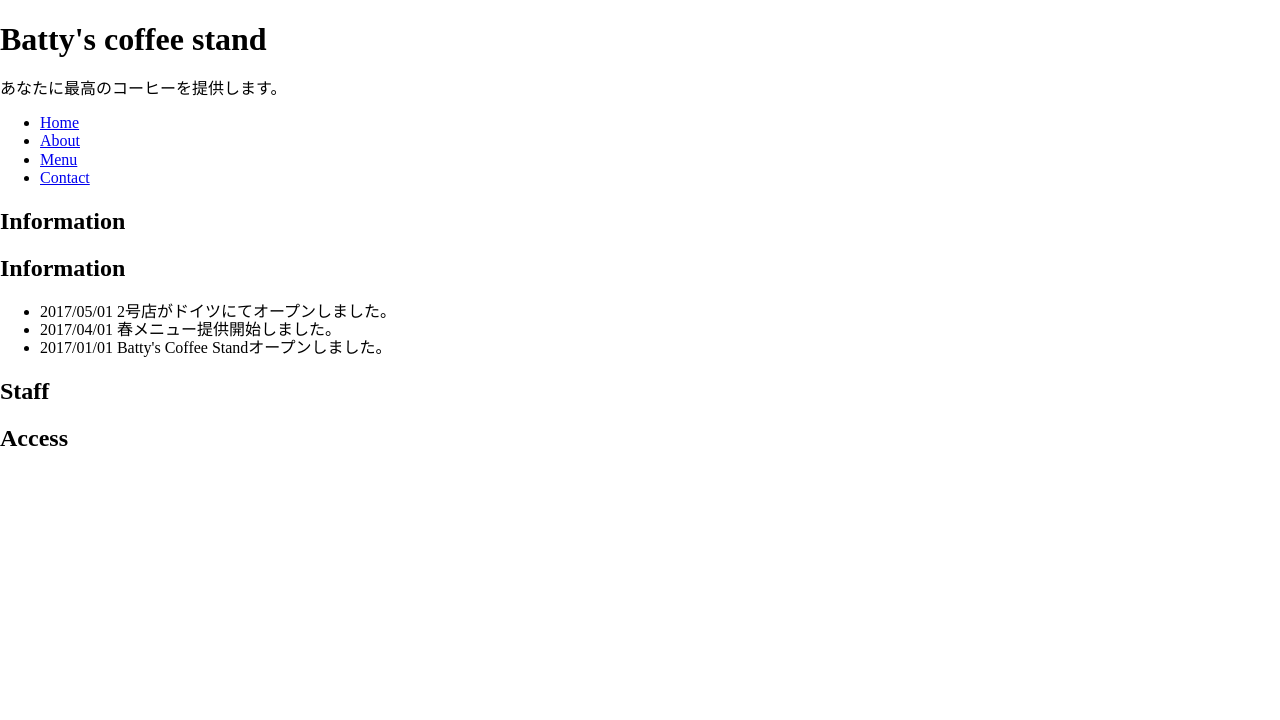
Repository: MUTAERIKO/DEVELOP
Page: html/batty_coffee_stand/index.html
The author's editor kept a record of every edit. The page is drawn from the files as they stood at one moment, then again after the next edit.
The browser window is 1280 px wide. The pictures show the whole page.

Above is the page before.

### html/batty_coffee_stand/index.html
<!DOCTYPE HTML>
<html>
  <head>
    <meta charset="UTF-8">
    <title>Batty's Coffee Stand</title>
    <link rel="stylesheet" href="css/normalize.css">
    <link rel="stylesheet" href="css/style.css">
  </head>
  <body>
      <header>
  <div class="container">
    <div class="header-title-area">
      <h1 class="logo">Batty's coffee stand</h1>
      <p class="text-sub">あなたに最高のコーヒーを提供します。</p>
    </div>

    <ul class="header-navigation">
  <li><a href="#">Home</a></li>
  <li><a href="#">About</a></li>
  <li><a href="#">Menu</a></li>
  <li><a href="#">Contact</a></li>
</ul>
  </div>
</header>
<div class="main">
  <div class="container">
       <div class="left-contents">
    <div class="card-contents">
      <h2 class="text-title">Information</h2>
      <div class="card-contents">
  <h2 class="text-title">Information</h2>
  <ul class="information-list">
    <li>2017/05/01 2号店がドイツにてオープンしました。</li>
    <li>2017/04/01 春メニュー提供開始しました。</li>
    <li>2017/01/01 Batty's Coffee Standオープンしました。</li>
  </ul>
</div>
    </div>
    <div class="card-contents">
      <h2 class="text-title">Staff</h2>
    </div>
     <div class="right-contents">
    <div class="card-contents">
      <h2 class="text-title">Access</h2>
    </div>
  </div>
</div>

  </body>
</html>

### html/batty_coffee_stand/css/style.css
body {
  background-color: efefef;
}

Loaded but not shown: html/batty_coffee_stand/css/normalize.css (library)

After the next edit:
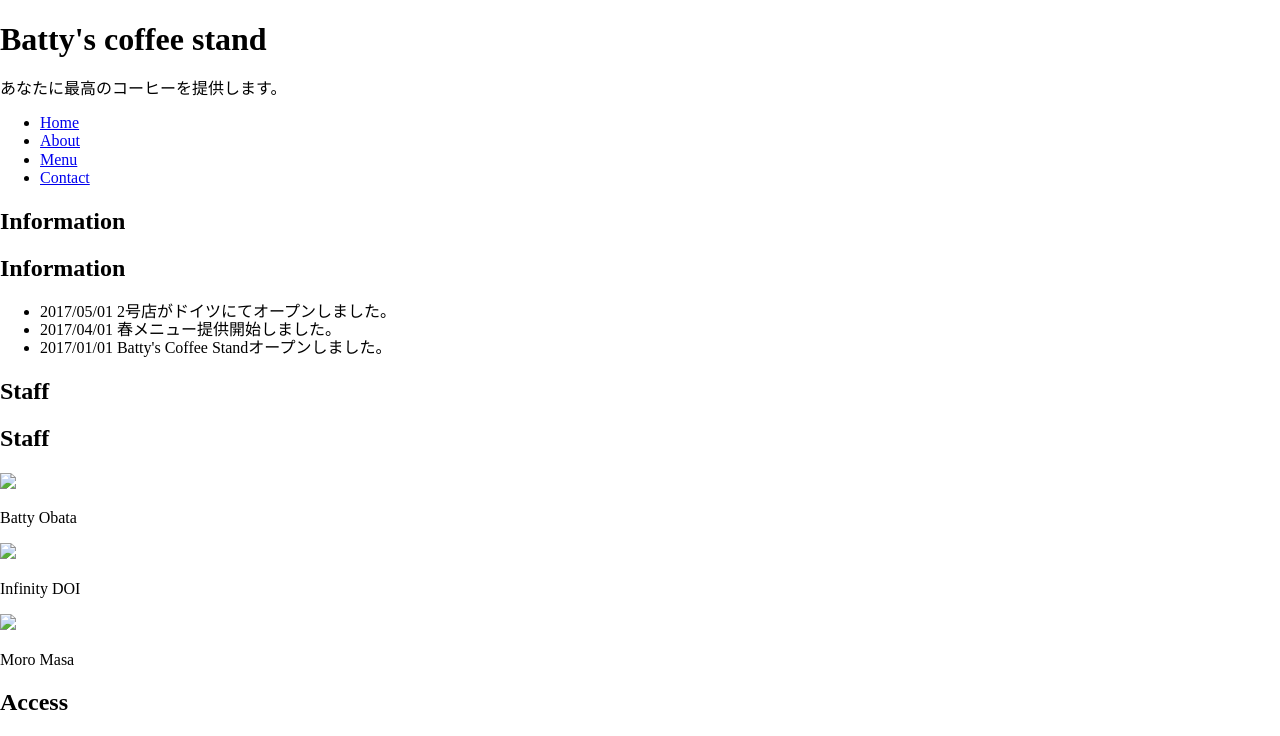
Not found: html/batty_coffee_stand/staff_01.jpg
Not found: html/batty_coffee_stand/staff_02.jpg
Not found: html/batty_coffee_stand/staff_03.jpg
The edit:
--- a/html/batty_coffee_stand/index.html
+++ b/html/batty_coffee_stand/index.html
@@ -36,8 +36,26 @@
   </ul>
 </div>
     </div>
-    <div class="card-contents">
-      <h2 class="text-title">Staff</h2>
+
+  <h2 class="text-title">Staff</h2>
+  <div class="card-contents">
+  <h2 class="text-title">Staff</h2>
+  <div class="staff-list-area">
+    <div class="staff-list">
+      <img src="./staff_01.jpg" class="staff-image">
+      <p class="staff-name">Batty Obata</p>
+    </div>
+    <div class="staff-list">
+      <img src="./staff_02.jpg" class="staff-image">
+      <p class="staff-name">Infinity DOI</p>
+    </div>
+    <div class="staff-list">
+      <img src="./staff_03.jpg" class="staff-image">
+      <p class="staff-name">Moro Masa</p>
+    </div>
+  </div>
+</div>
+
     </div>
      <div class="right-contents">
     <div class="card-contents">

After the 2 edits that followed:
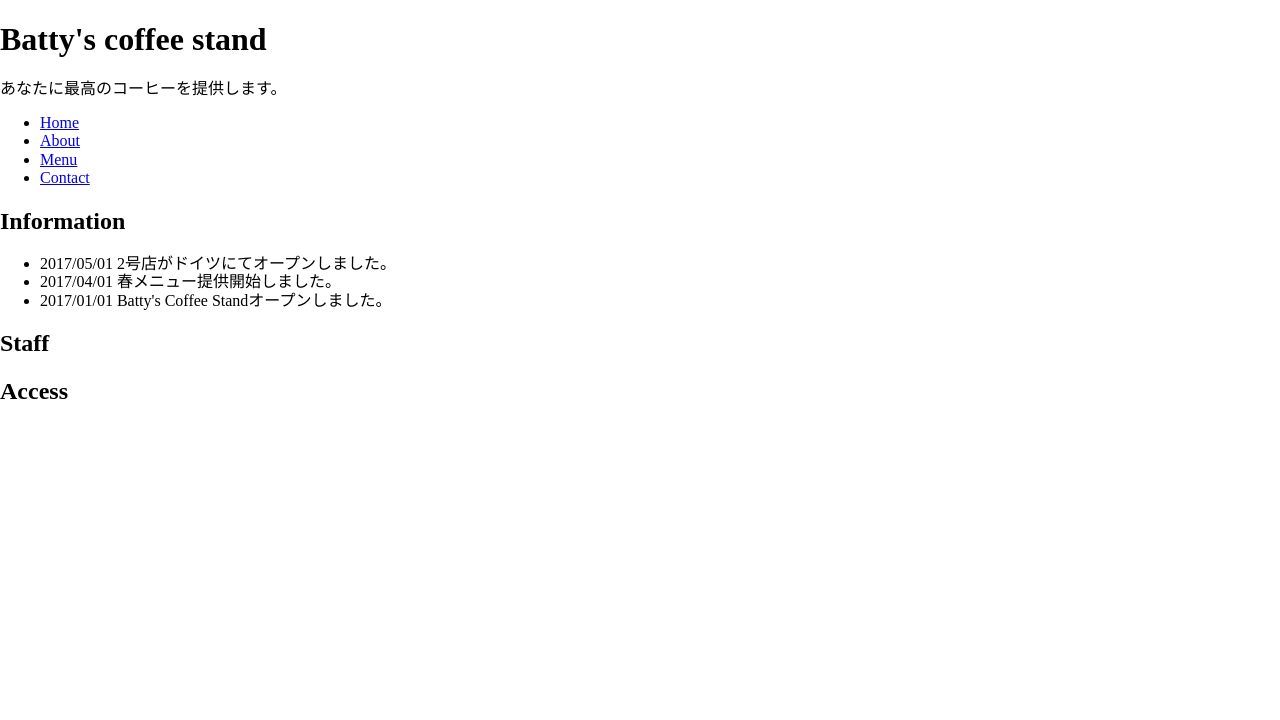
The 2 edits are shown as one change because 1 left the picture as it was.
The edit:
--- a/html/batty_coffee_stand/index.html
+++ b/html/batty_coffee_stand/index.html
@@ -22,12 +22,12 @@
 </ul>
   </div>
 </header>
+
 <div class="main">
   <div class="container">
-       <div class="left-contents">
-    <div class="card-contents">
-      <h2 class="text-title">Information</h2>
+    <div class="left-contents">
       <div class="card-contents">
+        <div class="card-contents">
   <h2 class="text-title">Information</h2>
   <ul class="information-list">
     <li>2017/05/01 2号店がドイツにてオープンしました。</li>
@@ -35,31 +35,15 @@
     <li>2017/01/01 Batty's Coffee Standオープンしました。</li>
   </ul>
 </div>
+      </div>
+      <div class="card-contents">
+        <h2 class="text-title">Staff</h2>
+      </div>
     </div>
-
-  <h2 class="text-title">Staff</h2>
-  <div class="card-contents">
-  <h2 class="text-title">Staff</h2>
-  <div class="staff-list-area">
-    <div class="staff-list">
-      <img src="./staff_01.jpg" class="staff-image">
-      <p class="staff-name">Batty Obata</p>
-    </div>
-    <div class="staff-list">
-      <img src="./staff_02.jpg" class="staff-image">
-      <p class="staff-name">Infinity DOI</p>
-    </div>
-    <div class="staff-list">
-      <img src="./staff_03.jpg" class="staff-image">
-      <p class="staff-name">Moro Masa</p>
-    </div>
-  </div>
-</div>
-
-    </div>
-     <div class="right-contents">
-    <div class="card-contents">
-      <h2 class="text-title">Access</h2>
+    <div class="right-contents">
+      <div class="card-contents">
+        <h2 class="text-title">Access</h2>
+      </div>
     </div>
   </div>
 </div>
